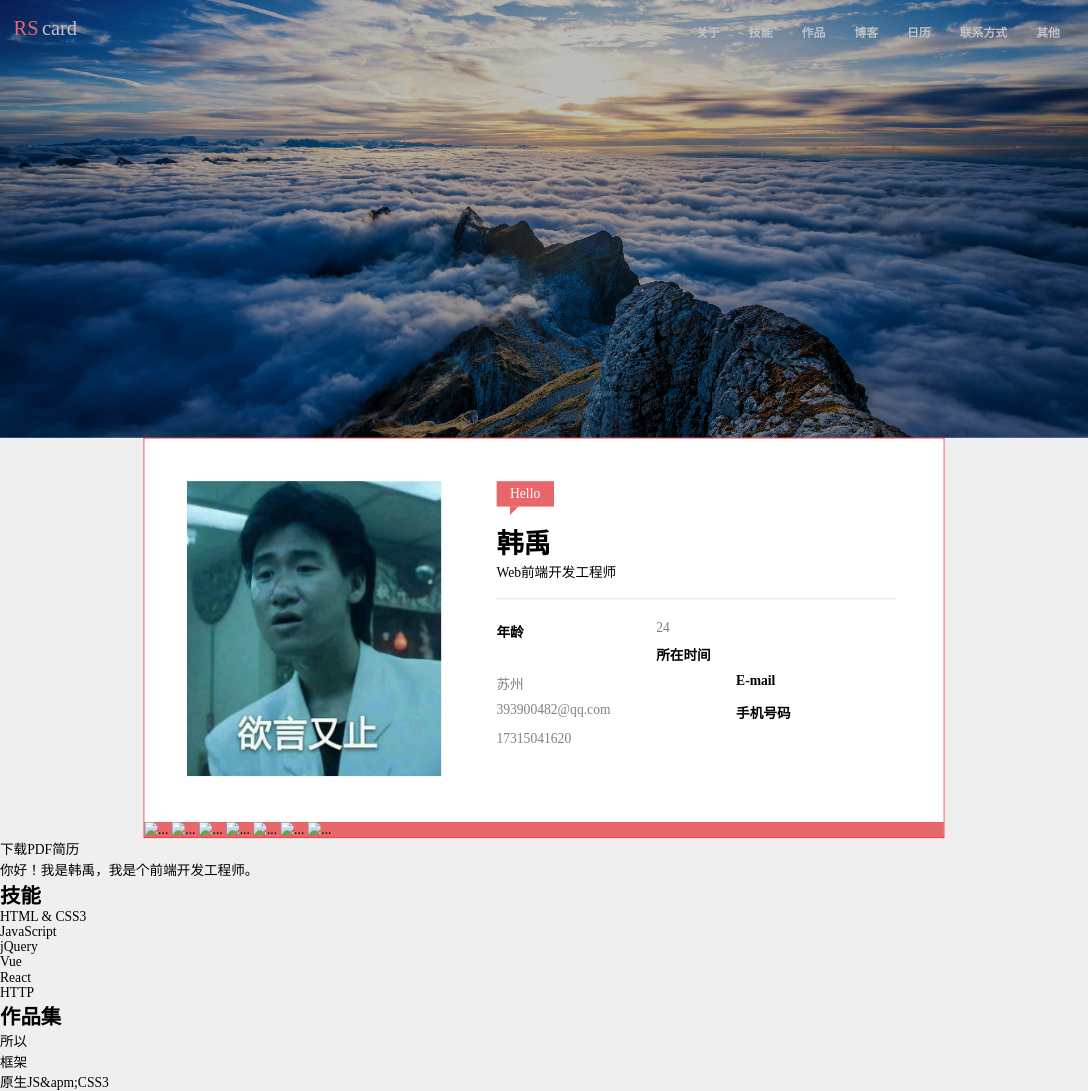
Repository: yorkHan/resume
Page: index.html
These files come from the project's save history. The page is drawn as it stood at one moment and after a run of saves; the edit follows.
The browser window is 1280 px wide. The pictures show the whole page, at 85% of full size.

Above is the page before, as saved 2018-04-10 00:20:55.

### index.html
<!DOCTYPE html>
<html lang="en">
<head>
    <meta charset="UTF-8">
    <meta name="viewport" content="width=device-width, initial-scale=1.0">
    <meta http-equiv="X-UA-Compatible" content="ie=edge">
    <title>Document</title>
    <link rel="stylesheet" href="./1.css">
    <script src="//at.alicdn.com/t/font_621912_9r2kl0u76xzb0529.js"></script>
</head>
<body>
    <div class="topNavBar clearfix">
        <div class="topNavBar-inner clearfix">
            <a class="logo" href="#" alt="logo" style="float:left;">
                <span class="rs">RS</span><span class="card">card</span>
            </a>
            <nav>
                <ul class="clearfix" style="float: right;">
                    <li><a href="#">关于</a></li>
                    <li><a href="#">技能</a></li>
                    <li><a href="#">作品</a></li>
                    <li><a href="#">博客</a></li>
                    <li><a href="#">日历</a></li>
                    <li><a href="#">联系方式</a></li>
                    <li><a href="#">其他</a></li>
                </ul>
            </nav>
        </div>
    </div>
    <div class="banner" style="background-image: url(./images/3.jpg)">
        <div class="mask"></div>
    </div>
    <main>
        <div class="usercard">
            <div class="textAndPicture clearfix">
                <div class="pic">
                    <img src="./images/avatar.png" style="width:299px;height:347px" alt="头像">
                </div>
                <div class="text">
                    <div class="profile">
                    <span class="welcome">Hello
                        <span class="triangle"></span>
                    </span>
                    <h1>韩禹</h1>
                    <p>Web前端开发工程师</p>
                    <hr>
                    <dl>
                        <dt>年龄</dt>
                        <dd>24</dd>
                        <dt>所在时间</dt>
                        <dd>苏州</dd>
                        <dt>E-mail</dt>
                        <dd>393900482@qq.com</dd>
                        <dt>手机号码</dt>
                        <dd>17315041620</dd>
                    </dl>
                </div>
                </div>
            </div>
            <footer class="media">
                <a href="#"><img src="#" alt="..."></a>
                <a href="#"><img src="#" alt="..."></a>
                <a href="#"><img src="#" alt="..."></a>
                <a href="#"><img src="#" alt="..."></a>
                <a href="#"><img src="#" alt="..."></a>
                <a href="#"><img src="#" alt="..."></a>
                <a href="#"><img src="#" alt="..."></a>
            </footer>
        </div>
        <a href="">下载PDF简历</a>
        <p>
            你好！我是韩禹，我是个前端开发工程师。
        </p>
    </main>
    <section>
        <h2>技能</h2>
        <ol>
            <li>HTML &amp; CSS3</li>
            <li>JavaScript</li>
            <li>jQuery</li>
            <li>Vue</li>
            <li>React</li>
            <li>HTTP</li>
        </ol>
    </section>
    <section>
        <h2>作品集</h2>
        <nav>
            <ol>
                <li>所以</li>
                <li>框架</li>
                <li>原生JS&apm;CSS3</li>
            </ol>
        </nav>
        <div class="jobs">
            <div class="big"></div>
            <div class='small'></div>
            <div class="small"></div>
        </div>
    </section>
</body>
</html>

### 1.css
body{
    background-color: #EFEFEF;
    margin: 0;
}
*{
    margin: 0;
    padding: 0;
}
a{
    color: inherit;
    text-decoration: none;
}
.clearfix::after{
    content: '';
    display: block;
    clear: both;
}
.topNavBar{
    padding: 20px 0px 20px 0px;
    position: fixed;
    top:0;
    left:0;
    width:100%;
}
.topNavBar-inner{
    padding: 0 16px;
}
.topNavBar nav>ul{
    list-style: none;
    margin: 0;
    padding: 0;
}
.topNavBar nav>ul>li{
    float: left;

}
.topNavBar nav>ul>li>a{
    display: block;
    font-size: 14px;
    font-weight: bold;
    color:#c1c3c7;
    margin-left: 17px;
    margin-right: 17px;
    padding-top: 5px;
    padding-bottom: 5px;
    border-top:3px solid transparent;
    border-bottom:3px solid transparent;
}
.topNavBar nav>ul>li>a:hover{
    border-bottom:3px solid #E8676B;
}
.topNavBar .logo{
    font-family: "Arial Rounded MT Bold";
    font-size: 24px;
}
.topNavBar .logo .rs{
    margin-right: 4px;
    color:#E8676B;
}
.topNavBar .logo .card {
    color:#c1c3c7;
}
.banner{
    height: 515px;
    background-position: center center;
    background-size:cover;
}
.banner .mask{
    height: 515px;
    background-color: rgba(0, 0, 0, 0.26);
}
.usercard{
    border:1px solid red;
    max-width: 940px;
    margin-left: auto;
    margin-right: auto;
}
.text .welcome{
    padding: 4px 16px;
    line-height: 22px;
    display: inline-block;
    background-color: #E8676B;
    color: white;
    position: relative;
}
.text h1{
    margin-top:18px;
}
hr{
    height: 0;
    border:none;
    border-top: 1px solid #DEDEDE;
}

.triangle{
    display: block;
    border: 10px solid transparent;
    width: 0;
    border-left-color:#E8676B;
    border-top:0;
    position: absolute;
    top:100%;
}
.usercard .pic{
    float: left;
}
.usercard .text{
    float: left;
    margin-left: 65px;
    width: 470px;
}
.usercard .text hr{
    margin: 20px 0px;
}
.usercard footer.media {
    background: #E8676B;
}
.textAndPicture{
    background-color: #FFF;
    padding: 50px;
}
.usercard dl dt{
    float: left;
    width: 40%;
    padding: 5px 0;
    font-weight: bold;
}
.usercard dl dd{
    float: left;
    width: 60%;
    padding: 5px 0;
    color: gray;
}

After the next 3 saves:
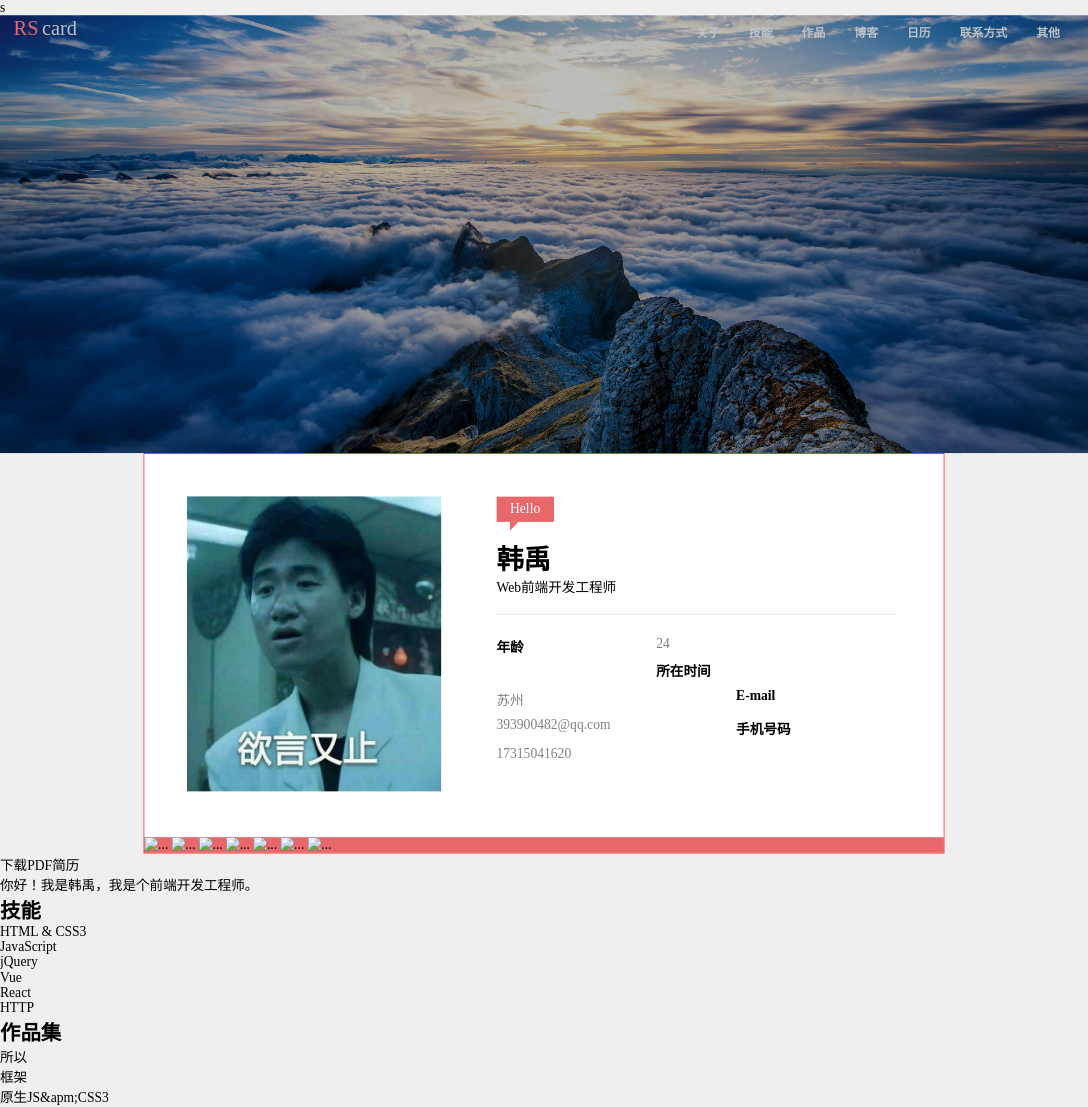
The 3 saves are shown as one change because they came seconds apart.
The last was saved 69 s later.
--- a/index.html
+++ b/index.html
@@ -7,6 +7,14 @@
     <title>Document</title>
     <link rel="stylesheet" href="./1.css">
     <script src="//at.alicdn.com/t/font_621912_9r2kl0u76xzb0529.js"></script>
+    <style type="text/css">
+        .icon {
+           width: 1em; height: 1em;
+           vertical-align: -0.15em;
+           fill: currentColor;
+           overflow: hidden;
+        }
+    </style>s
 </head>
 <body>
     <div class="topNavBar clearfix">
